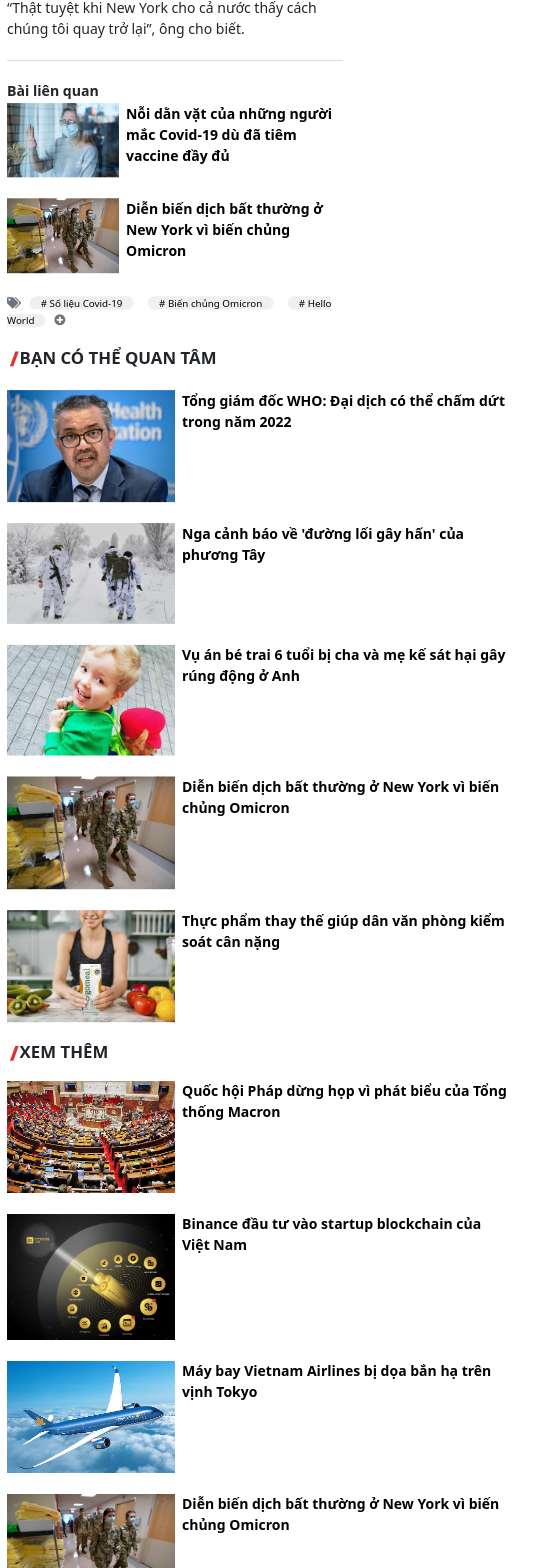
Repository: khanh2324/Java_Web
Page: WebContent/home-new/index.html
The author's editor kept a copy of each file at every save. The page is drawn from the files as they stood at one save, then again after the next save.
The browser window is 768 px wide. The pictures show the part of the page from y = 2266 to 4506 px (the page is 4560 px tall before and 4755 px after), at 70% of full size.
Some web libraries are served in a nearby version.

Above is the page before, as saved 2022-01-06 10:27:00.

After the next save:
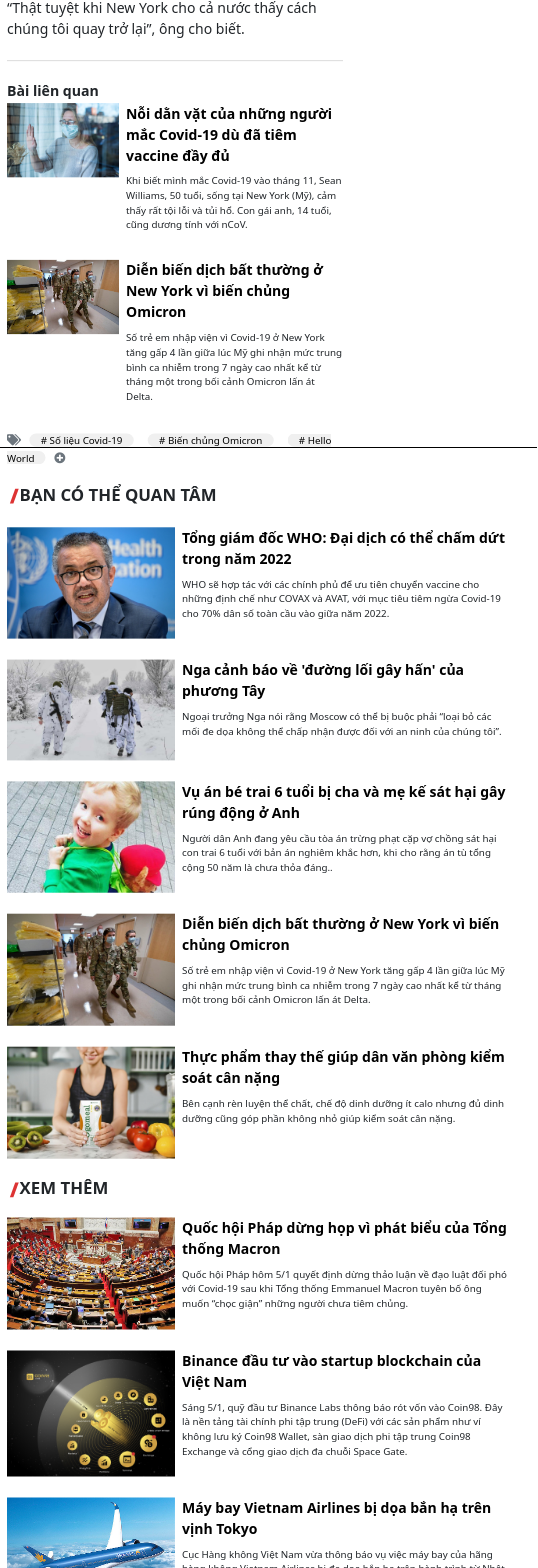
Saved 26 s later.
--- a/WebContent/home-new/css/responsive.css
+++ b/WebContent/home-new/css/responsive.css
@@ -42,9 +42,6 @@
     max-width: 100%;
     min-height: 150px;
   }
-  .hero-desc {
-    display: none;
-  }
 }
 @media screen and (min-width: 375px) and (max-width: 767px) {
   h1 {
